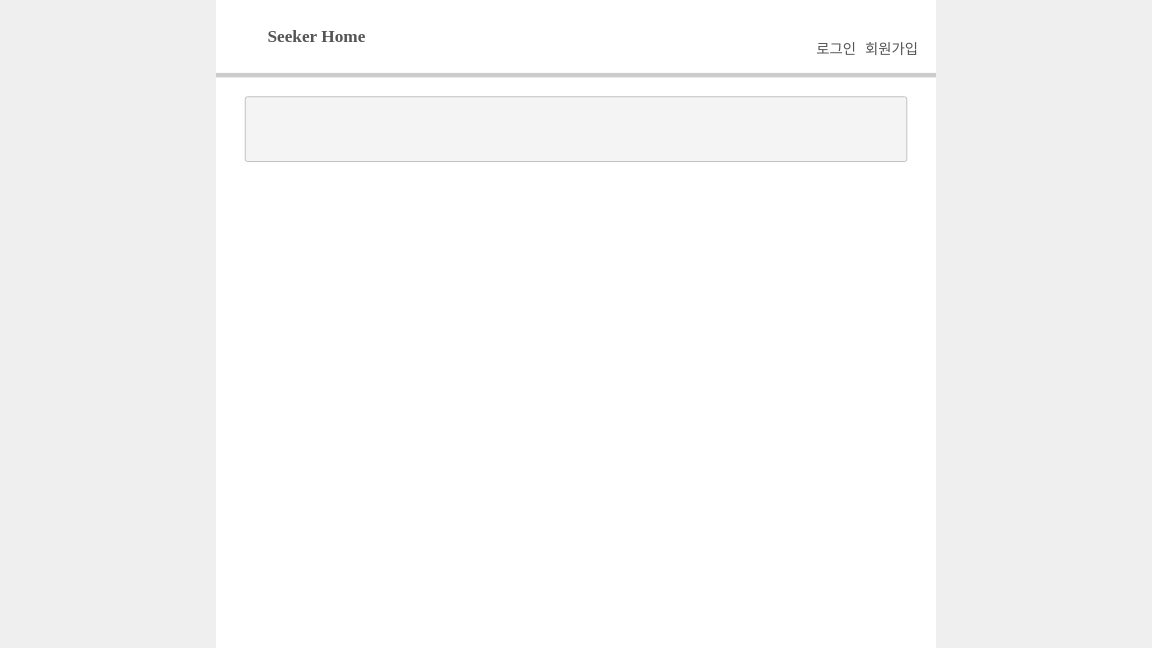
Repository: Seeker2250/JspTest
Page: http://localhost/jspPro/days02/ex03.jsp
These files come from the project's save history. The page is drawn as it stood at one moment and after the next save; the edit follows.
The browser window is 1280 px wide. The pictures show the whole page, at 90% of full size.
Some web fonts or font styles are not loaded; a fallback is used. The page is served by Tomcat 9. Other server files are loaded and not shown.

Above is the page before, as saved 2024-10-16 06:25:06.

### jspPro/src/main/webapp/days02/ex03.jsp
<%@ page language="java" contentType="text/html; charset=UTF-8"
    pageEncoding="UTF-8"%>
<!DOCTYPE html>
<html>
<head>
<meta charset="UTF-8">
<title>Insert title here</title>
<link rel="shortcut icon" type="image/x-icon" href="http://localhost/jspPro/images/SiSt.ico">
<script src="https://ajax.googleapis.com/ajax/libs/jquery/3.7.1/jquery.min.js"></script>
<meta name="viewport" content="width=device-width, initial-scale=1.0">
<link rel="stylesheet" href="http://localhost/jspPro/resources/cdn-main/example.css">
<script src="http://localhost/jspPro/resources/cdn-main/example.js"></script>
<style>
 span.material-symbols-outlined{
    vertical-align: text-bottom;
 }
</style>
</head>
<body>
<header>
  <h1 class="main"><a href="#" style="position: absolute;top:30px;">Seeker Home</a></h1>
  <ul>
    <li><a href="#">로그인</a></li>
    <li><a href="#">회원가입</a></li>
  </ul>
</header>
<div>
 <xmp class="code">

  </xmp>
</div>
</body>
</html>

### jspPro/src/main/webapp/resources/cdn-main/example.css
@charset "UTF-8";

@import url('https://fonts.googleapis.com/css2?family=Material+Symbols+Outlined:opsz,wght,FILL,GRAD@20..48,100..700,0..1,-50..200');

@font-face {
    font-family: 'GmarketSansMedium';
    src: url('https://cdn.jsdelivr.net/gh/projectnoonnu/noonfonts_2001@1.1/GmarketSansMedium.woff') format('woff');
    font-weight: normal;
    font-style: normal;
}

:root {
	--text-color: #555;
	--sub-text-color: #777;
	--back-color: #EFEFEF;
	--header-color: #444;
	--primary-color: #DEDEDE;
	--secondary-color: #EFEFEF;
	--default-width: 800px;
	--narrow-width: 500px;
	--wide-width: 1200px;
	--text-font: 'GmarketSansMedium';
	--icon-font: 'Material Symbols Outlined';
	--border-color: #CCC;
}

html, body {
	margin: 0;
	padding: 0;
}

html {
	background-color: var(--back-color);
	display: flex;
	justify-content: center;
	min-height: 100vh;
}

body, body.default {
	width: var(--default-width);
	background-color: white;
	padding-bottom: 120px;
}

body.wide {
	width: var(--wide-width);
}

body.narrow {
	width: var(--narrow-width);
}



body, p, div, span, a, input, select, option, textarea, button, table, th, td, label, fieldset, legend {
	font-family: var(--text-font);
	color: var(--text-color);
}

h1, h2, h3 {
	font-family: var(--text-font);
	color: var(--header-color);
	padding: 0 1rem;
	padding-top: .5rem;
}

div > h1, div > h2, div > h3 {
	padding: 0;
}

body > div, body > main > div {
	padding: 0.3rem 1rem;
}


h1 { font-size: 2rem; border-bottom: 1px solid var(--border-color); }
h1 small { font-size: 1.2rem; color: var(--sub-text-color); }
h2 { font-size: 1.5rem; border-bottom: 1px dashed var(--border-color); }
h2 small { font-size: 1.1rem; color: --sub-text-color; }
h3 { font-size: 1.2rem; }
h3 small { font-size: 1rem; color: --sub-text-color; }



h1.main::before {
	font-family: var(--icon-font);
  	content: '\e666';
  	margin-right: 10px;
  	float: left;
	font-size: 2.5rem;
}

h1.sub::before {
	font-family: var(--icon-font);
  	content: '\ea19';
  	margin-right: 10px;
  	float: left;
	font-size: 2.5rem;
}


h1.page::before {
	font-family: var(--icon-font);
  	content: '\e0e0';
  	margin-right: 10px;
  	float: left;
	font-size: 2.5rem;
}

body > header > ul > li > .active{
	background-color: #FFF;
	color:#F00;
}

body > header {
	display: flex;
	justify-content: space-between;
	border-bottom: 5px solid var(--border-color);
	min-height: 74px;
	background-color: #FFF;
}

body > header.sticky {
	position: sticky;
	top: 0;
	z-index: 98;
}

body > header > h1 {
	font-size: 1.2rem;
	border: 0;
}

body > header.in > h1::before {
	font-family: var(--icon-font);
  	content: '\e332‥';
  	margin-right: 3px;
  	float: left;
	font-size: 2rem;
}


body > header > ul {
	list-style-type: none;
	display: flex;
	align-items: flex-end;
	margin-right: 10px;
}

body > header > ul > li {
	margin-right: 10px;
	cursor: pointer;
}

body > header > ul > li > a {
	cursor: pointer;
}


form {
	display: block;
}

form > div {
	padding: 0.3rem 1rem;
}

div > form > div {
	padding: 0.3rem 0;
}

input, textarea, button, select {
	border: 1px solid #BBB;
	border-radius: 3px;
	outline: none;
	resize: none;
	padding: 7px;
	margin: 0;
}

input[type=text]:read-only, textarea:read-only {
	cursor: not-allowed;
	background-color: #FFF;
}

input[type=text]:disabled, textarea:disabled {
	cursor: not-allowed;
	background-color: #EEE;
}

input[type=text], input[type=password], textarea, button, select {
	/* width: 300px; */
}

textarea {
	display: block;
	height: 100px;
}

input[type=button], input[type=submit], button {
	/* width: inherit; */
}

input.short, textarea.short, button.short, select.short {
	width: 100px;
}

input.long, textarea.long, button.long, select.long {
	width: 350px;
}

.narrow input.long, .narrow textarea.long, .narrow button.long, .narrow select.long {
	width: calc(100% - 20px);
}

input.full, textarea.full, button.full, select.full {
	width: calc(100% - 20px);
}

textarea.short {
	height: 50px;
}

textarea.long {
	height: 100px;
}

textarea.full {
	height: 200px;
}

input, textarea {
	padding-top: 8px;
}

input[type=button], input[type=submit], button {
	padding: 5px 10px;
	background-color: var(--secondary-color);
	cursor: pointer;
	min-height: 36px;
}

input[type=button].primary, input[type=submit].primary, button.primary {
	/* background-color: rgba(100, 149, 237, .2); */
	background-color: var(--primary-color);
}

input[type=button].primary:hover, input[type=submit].primary:hover, button.primary:hover {
	/* background-color: rgba(100, 149, 237, .3); */
	background-color: var(--secondary-color);
}

input[type=button]:hover, input[type=submit]:hover, button:hover {
	background-color: var(--primary-color);
}

button {
	position: relative;
	left: 0;
	top: 0;
	padding-left: 35px;
}

button .material-symbols-outlined {
	position: absolute;
	left: 10px;
	top: 4px;
}

/* k2nik add */
button.login::before {
	font-family: var(--icon-font);
  	content: '\ea77';
	position: absolute;
	left: 11px;
	top: 4px;
	font-size: 1.25rem;
}

/* k2nik logout */
button.logout::before {
	font-family: var(--icon-font);
  	content: '\e9ba';
	position: absolute;
	left: 11px;
	top: 4px;
	font-size: 1.25rem;
}

/* k2nik help */
button.help::before {
	font-family: var(--icon-font);
  	content: '\f1c0';
	position: absolute;
	left: 11px;
	top: 4px;
	font-size: 1.25rem;
}

button.add::before{
	font-family: var(--icon-font);
  	content: '\e746';
	position: absolute;
	left: 11px;
	top: 4px;
	font-size: 1.25rem;
}

button.back::before {
	font-family: var(--icon-font);
  	content: '\e166';
	position: absolute;
	left: 11px;
	top: 4px;
	font-size: 1.25rem;
}

button.list::before {
	font-family: var(--icon-font);
  	content: '\e0ee';
	position: absolute;
	left: 11px;
	top: 4px;
	font-size: 1.25rem;
}


button.del::before {
	font-family: var(--icon-font);
  	content: '\e872';
	position: absolute;
	left: 11px;
	top: 4px;
	font-size: 1.25rem;
}


button.edit::before {
	font-family: var(--icon-font);
  	content: '\e745';
	position: absolute;
	left: 11px;
	top: 4px;
	font-size: 1.25rem;
}


button.login::before {
	font-family: var(--icon-font);
  	content: '\ea77';
	position: absolute;
	left: 11px;
	top: 4px;
	font-size: 1.25rem;
}


button.logout::before {
	font-family: var(--icon-font);
  	content: '\e9ba';
	position: absolute;
	left: 11px;
	top: 4px;
	font-size: 1.25rem;
}


button.in::before {
	font-family: var(--icon-font);
  	content: '\f71a';
	position: absolute;
	left: 11px;
	top: 4px;
	font-size: 1.25rem;
}


button.out::before {
	font-family: var(--icon-font);
  	content: '\f70e';
	position: absolute;
	left: 11px;
	top: 4px;
	font-size: 1.25rem;
}


button.reply::before {
	font-family: var(--icon-font);
  	content: '\e15e';
	position: absolute;
	left: 11px;
	top: 4px;
	font-size: 1.25rem;
}


button.comment::before {
	font-family: var(--icon-font);
  	content: '\e0b9';
	position: absolute;
	left: 11px;
	top: 4px;
	font-size: 1.25rem;
}


button.modal::before {
	font-family: var(--icon-font);
  	content: '\e89e';
	position: absolute;
	left: 11px;
	top: 4px;
	font-size: 1.25rem;
}


button.ok::before {
	font-family: var(--icon-font);
  	content: '\e86c';
	position: absolute;
	left: 11px;
	top: 4px;
	font-size: 1.25rem;
}


button.cancel::before {
	font-family: var(--icon-font);
  	content: '\e5c9';
	position: absolute;
	left: 11px;
	top: 4px;
	font-size: 1.25rem;
}

button.search::before {
	font-family: var(--icon-font);
  	content: '\e8b6';
	position: absolute;
	left: 11px;
	top: 4px;
	font-size: 1.25rem;
}

button.home::before {
	font-family: var(--icon-font);
  	content: '\e88a';
	position: absolute;
	left: 11px;
	top: 4px;
	font-size: 1.25rem;
}


button.sidebar::before {
	font-family: var(--icon-font);
  	content: '\f7e4';
	position: absolute;
	left: 11px;
	top: 4px;
	font-size: 1.25rem;
}


button.sidebar-right::before {
	font-family: var(--icon-font);
  	content: '\f7e5';
	position: absolute;
	left: 11px;
	top: 4px;
	font-size: 1.25rem;
}




button::before {
	font-family: var(--icon-font);
  	content: '\e323';
	position: absolute;
	left: 11px;
	top: 4px;
	font-size: 1.25rem;
}


table {
	border-collapse: collapse;
	margin: 1rem;
	box-sizing: border-box;
	width: calc(100% - 32px);
}

table.content {
	width: auto;
}

div > table {
	margin: 0;
}

table th, table td {
	border: 1px solid var(--border-color);
	padding: 7px;
	font-weight: normal;
}

table th {
	background-color: var(--back-color);
}

table.vertical th {
	width: 150px;
}

table.vertical td {
	width: calc(100% - 182px);
	padding-left: 10px;
}

table.content td, table.content th {
	width: auto;
}

body.narrow table.vertical th {
	width: 100px;
}

body.narrow table.vertical td {
	width: calc(100% - 182px);
}


table + table {
	margin-top: 30px;
}


p {
	padding: 0 1rem;
}

a {
	text-decoration: none;
}

a:hover {
	color: rgba(255, 99, 71, .7);
}

hr {
	border: 0;
	border-top: 1px solid var(--border-color);
	margin: 2rem 0;
}

.message {
	border: 1px solid var(--border-color);
	background-color: #EFEFEF;
	margin: 1rem;
	width: auto;
	padding-top: 10px;
	padding-bottom: 10px;
	font-size: 14px;
}

.message[title]::before {
	content: attr(title);
	display: block;
	border-bottom: 1px solid var(--border-color);
	padding-bottom: 5px;
	margin-bottom: 10px;
	margin-top: 7px;
}

.message.short {
	max-width: 250px;
}

.message.long {
	max-width: 500px;
}

.badge {
	float: right;
	font-size: .8rem;
	margin-top: 2px;
	margin-right: 2px;
	text-shadow: 0 0 7px gray;
}

.badge.left {
	float: none;
	margin-left: 2px;
}

.badge.right {
	float: right;
}

.badge.red {
	border-radius: 50%;
	padding: 2px 5px;
	background-color: rgb(255, 99, 71, .3);
}

.badge.yellow {

	border-radius: 50%;
	padding: 2px 5px;
	background-color: rgb(255, 215, 0, .5);
}

.badge.blue {
	border-radius: 50%;
	padding: 2px 5px;
	background-color: rgb(100, 149, 237, .3);
}

label + label {
	margin-left: 7px;
}

label input[type=checkbox], label input[type=radio] {
	transform: translate(0, 1px);
}

.group {
	display: flex;
}

.modal-content .group {
	margin-bottom: .5rem;
}

.group label {
	border: 1px solid #BBB;
	border-radius: 3px;
	outline: none;
	resize: none;
	padding: 7px 14px;
	margin: 0;
	border-top-right-radius: 0;
	border-bottom-right-radius: 0;
	background-color: #EFEFEF;
	white-space: nowrap;
	font-size: 14px;
}

.group input[type=text] {
	margin-left: -1px;
	border-top-left-radius: 0;
	border-bottom-left-radius: 0;
}

.group select {
	margin-left: -1px;
	border-top-left-radius: 0;
	border-bottom-left-radius: 0;
}

.group input.full[type=text] {
	margin-left: -1px;
	border-top-left-radius: 0;
	border-bottom-left-radius: 0;
	width: 100%;
}

.group input[type=button]:first-child, .group button:first-child {
	border-top-left-radius: 3px;
	border-bottom-left-radius: 3px;
	margin-left: 0px;
}

.group input[type=button], .group button {
	border-radius: 0;
	margin-left: -1px;
}

.group input[type=button]:last-child, .group button:last-child {
	margin-left: -1px;
	border-top-right-radius: 3px;
	border-bottom-right-radius: 3px;
}

.seperate {
	display: flex;
	justify-content: space-between;
}

div.list {
	width: max-content;
	margin: 1rem;
	border: 1px solid #BBB;
	border-radius: 3px;
	padding: 0;
}

div.list.full {
	width: auto;
	display: block;
	margin: 1rem;
	border: 1px solid #BBB;
	border-radius: 3px;
	padding: 0;
}

div.list > div {
	padding: .5rem 1rem;
	margin: 0;
	border-bottom: 1px solid #BBB;
}

div.list > div:last-child {
	border-bottom: 0;
}

pre.code , xmp.code{
	font-family: consols;
	background-color: rgba(150, 150, 150, .1);
	border: 1px solid #BBB;
	border-radius: 3px;
	padding: .5rem 1rem;
	padding-bottom: .6rem;
	margin: 1rem;
}




*[data-modal-window] {
	position: fixed;
	background-color: rgba(0, 0, 0, .3);
	left: 0;
	top: 0;
	display: none;
	justify-content: center;
	align-items: flex-start;
	width: 100%;
	min-height: 100vh;
	z-index: 100;
	opacity: 0;
	transition: 500ms all;
}

*[data-modal-window] .modal-container {
	border-radius: 5px;
	padding: 1rem;
	padding-bottom: .5rem;
	margin-top: -500px;
	opacity: 0;
	width: 500px;
	background-color: #FFF;
	margin-right: 2rem;
	transition: 500ms all;
}

*[data-modal-size=content] .modal-container {
	width: auto;
}

*[data-modal-size=narrow] .modal-container {
	width: 300px;
}

*[data-modal-size=wide] .modal-container {
	width: 760px;
}


*[data-modal-window] .modal-header {
	border-bottom: 1px solid var(--border-color);
	padding: 2px 5px;
}

*[data-modal-window] .modal-content {
	padding: 1rem 5px;
}

*[data-modal-window] .modal-content div:last-child {
	margin-top: 1rem;
	text-align: right;
}



*[data-sidebar-window] {
	position: fixed;
	background-color: #FFF;
	left: 0;
	top: 0;
	display: block;
	width: 300px;
	border-right: 1px solid var(--border-color);
	box-sizing: border-box;
	box-shadow: 0 0 3px var(--back-color);
	min-height: 100vh;
	z-index: 99;
	transform: translate(-300px, 0);
	transition-duration: 500ms;
	transition-property: transform;
}

*[data-sidebar-direction=right] {
	left: auto;
	right: 0;
	transform: translate(300px, 0);
	border-left: 1px solid var(--border-color);
}

*[data-sidebar-size=wide] {
	width: 500px;
	transform: translate(-500px, 0);
}

*[data-sidebar-window] .sidebar-title {
	border-bottom: 1px solid var(--border-color);
	margin-top: 20px;
	margin-bottom: 20px;
	padding-bottom: 5px;
	display: flex;
	justify-content: space-between;
}

*[data-sidebar-window] .sidebar-title span:last-child {
	cursor: pointer;
}


/* K2Nik pagination */
.center {
  text-align: center;
}

.pagination {
  display: inline-block;
}

.pagination a {
  color: black;
  float: left;
  padding: 3px 6px;
  text-decoration: none;
  transition: background-color .3s;
  border: 1px solid #ddd;
  margin: 0 3px;
}

.pagination a.active {
  background-color: #4CAF50;
  color: white;
  border: 1px solid #4CAF50;
}

.pagination a:hover:not(.active) {background-color: #ddd;}

### jspPro/src/main/webapp/resources/cdn-main/example.js

window.onload = () => {

    const list = document.querySelectorAll('input, textarea');

    list.forEach(item => {
        item.setAttribute('autocomplete', 'off');
    });


    const modal_btn_list = document.querySelectorAll('*[data-modal-button]');

    modal_btn_list.forEach(item => {
        item.onclick = function() {

            const name = this.dataset['modalButton'];
            const modal_window = document.querySelector('*[data-modal-window=' + name);

            const container = document.createElement('div');
            container.className = 'modal-container';



            const modal_header = document.createElement('div');
            modal_header.textContent = modal_window.dataset['modalTitle'];
            modal_header.className = 'modal-header';
            container.appendChild(modal_header);

            const modal_content = document.createElement('div');
            modal_content.className = 'modal-content';
            container.appendChild(modal_content);

            Array.from(modal_window.childNodes).forEach(item => {
                modal_content.appendChild(item);
            });

            modal_window.appendChild(container);

            modal_window.style.display = 'flex';

            setTimeout(() => {
                modal_window.style.opacity = 1;
                container.style.marginTop = '20px';
                container.style.opacity = 1;
            }, 50);


            const modal_ok = document.querySelector('*[data-modal-ok=' + name);
            modal_ok.addEventListener('click', function() {
                modal_window.style.opacity = 0;
                container.style.marginTop = '-500px';
                container.style.opacity = 0;

                setTimeout(() => {
                    modal_window.innerHTML = modal_content.innerHTML;
                    modal_window.style.display = 'none';
                }, 500);

            });

            const modal_cancel = document.querySelector('*[data-modal-cancel=' + name);
            modal_cancel.addEventListener('click', function() {

                modal_window.style.opacity = 0;
                container.style.marginTop = '-500px';
                container.style.opacity = 0;

                setTimeout(() => {
                    modal_window.innerHTML = modal_content.innerHTML;
                    modal_window.style.display = 'none';
                }, 500);
            });


        };
    });


    const sidebar_btn_list = document.querySelectorAll('*[data-sidebar-button]');

    sidebar_btn_list.forEach(item => {
        item.onclick = function() {



            const name = this.dataset['sidebarButton'];
            const sidebar_window = document.querySelector('*[data-sidebar-window=' + name);

            if (sidebar_window.style.transform == 'translate(0px, 0px)') return;



            sidebar_window.style.transform = 'translate(0, 0)';

            const sidebar_title = document.createElement('div');
            sidebar_title.className = 'sidebar-title';
            sidebar_title.innerHTML = '<span>' + sidebar_window.dataset['sidebarTitle'] + '</span><span class="material-symbols-outlined">close</span>';

            sidebar_title.children[1].onclick = function() {

                let sign = 1;
                let distance = 300;

                if (sidebar_window.dataset['sidebarDirection'] != 'right') {
                    sign = -1;
                } else {
                    sign = 1;
                }

                if (sidebar_window.dataset['sidebarSize'] != 'wide') {
                    distance = 300;
                } else {
                    distance = 500;
                }

                distance *= sign;

                sidebar_window.style.transform = 'translate(' + distance + 'px, 0)';

                setTimeout(function() {
                    sidebar_window.removeChild(sidebar_window.children[0]);
                }, 500);
            };


            sidebar_window.prepend(sidebar_title);

        }
    });

};

// window.onkeydown = function(event) {

//     if (event.keyCode == 27) {
//         if (document.querySelector('[data-modal-window').style.display == 'flex') {
//             document.querySelector('[data-modal-window').style.display = 'none';
//         }
//     }

// };

After the next save:
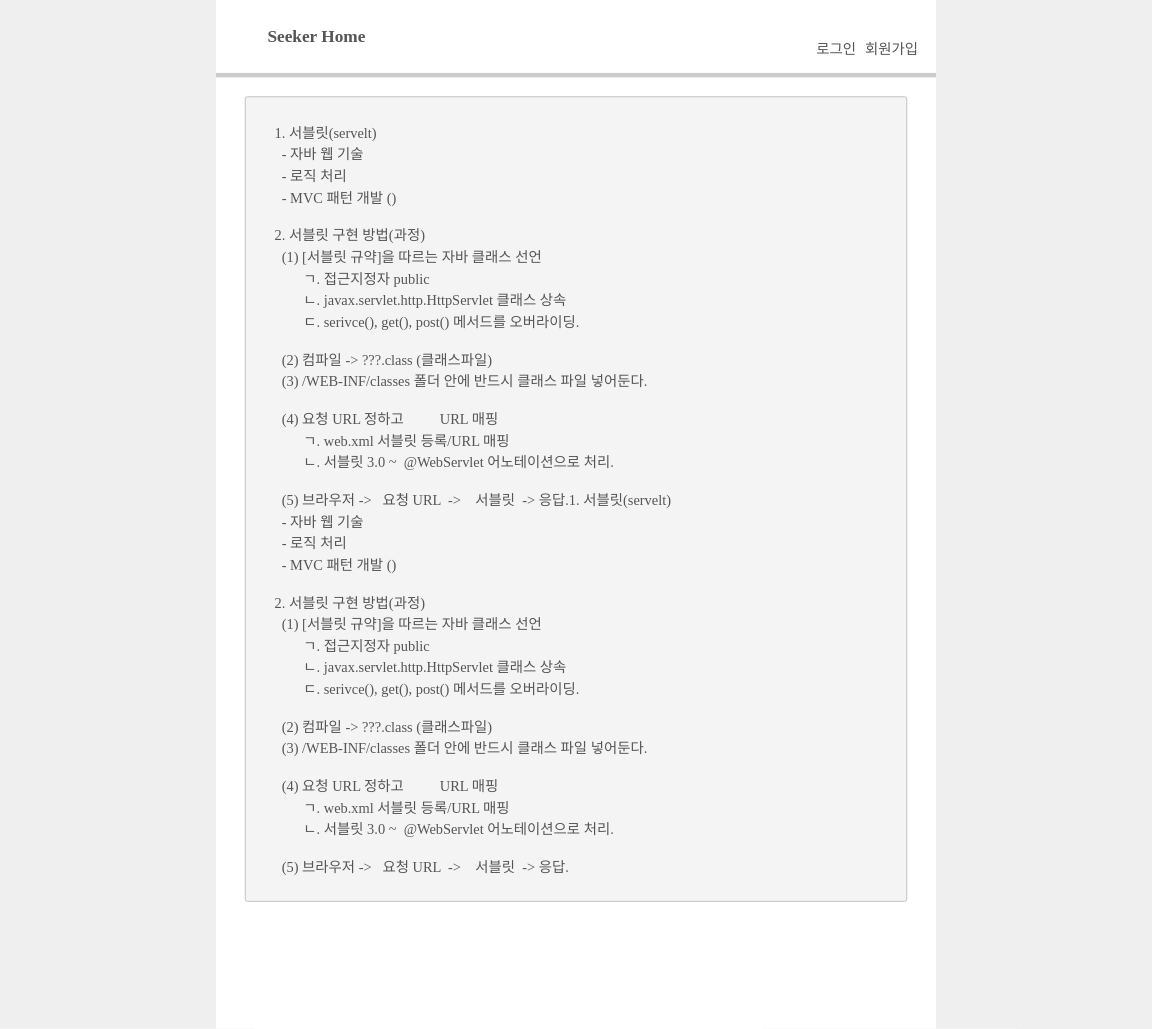
Saved 9 s later.
--- a/jspPro/src/main/webapp/days02/ex03.jsp
+++ b/jspPro/src/main/webapp/days02/ex03.jsp
@@ -26,7 +26,43 @@
 </header>
 <div>
  <xmp class="code">
+    1. 서블릿(servelt)
+      - 자바 웹 기술
+      - 로직 처리
+      - MVC 패턴 개발 ()
 
+    2. 서블릿 구현 방법(과정)
+      (1) [서블릿 규약]을 따르는 자바 클래스 선언
+            ㄱ. 접근지정자 public
+            ㄴ. javax.servlet.http.HttpServlet 클래스 상속
+            ㄷ. serivce(), get(), post() 메서드를 오버라이딩.
+
+      (2) 컴파일 -> ???.class (클래스파일)
+      (3) /WEB-INF/classes 폴더 안에 반드시 클래스 파일 넣어둔다.
+
+      (4) 요청 URL 정하고          URL 매핑
+            ㄱ. web.xml 서블릿 등록/URL 매핑
+            ㄴ. 서블릿 3.0 ~  @WebServlet 어노테이션으로 처리.
+
+      (5) 브라우저 ->   요청 URL  ->    서블릿  -> 응답.1. 서블릿(servelt)
+      - 자바 웹 기술
+      - 로직 처리
+      - MVC 패턴 개발 ()
+
+    2. 서블릿 구현 방법(과정)
+      (1) [서블릿 규약]을 따르는 자바 클래스 선언
+            ㄱ. 접근지정자 public
+            ㄴ. javax.servlet.http.HttpServlet 클래스 상속
+            ㄷ. serivce(), get(), post() 메서드를 오버라이딩.
+
+      (2) 컴파일 -> ???.class (클래스파일)
+      (3) /WEB-INF/classes 폴더 안에 반드시 클래스 파일 넣어둔다.
+
+      (4) 요청 URL 정하고          URL 매핑
+            ㄱ. web.xml 서블릿 등록/URL 매핑
+            ㄴ. 서블릿 3.0 ~  @WebServlet 어노테이션으로 처리.
+
+      (5) 브라우저 ->   요청 URL  ->    서블릿  -> 응답.
   </xmp>
 </div>
 </body>
